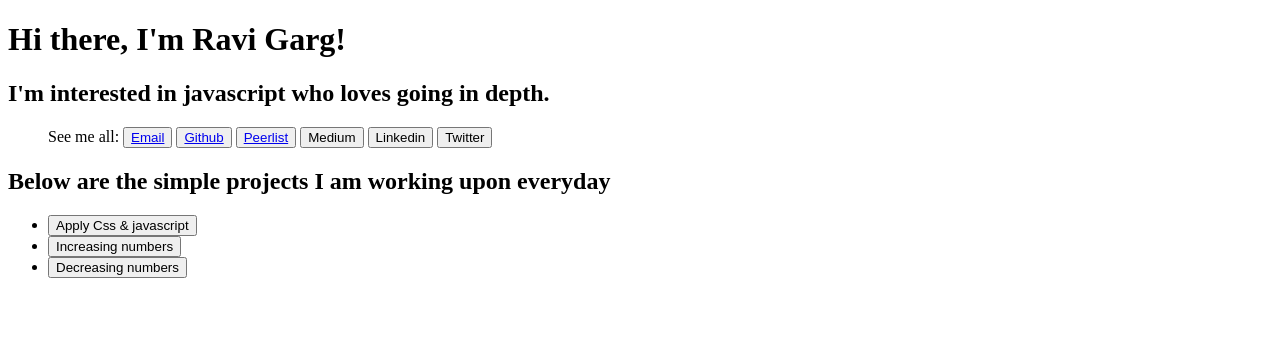
Repository: ravigarg001/musafir
Page: index.html
An editor plug-in stored every save of this project. The page is shown before and after a run of saves, followed by the edit.
The browser window is 1280 px wide. The pictures show the whole page.

Above is the page before, as saved 2022-05-02 09:29:37.

### index.html
<!DOCTYPE html>
<html>
<head>
<title>Ravi Garg</title>
<!-- <link href="index.css" rel="stylesheet" type="text/css"></link> -->
<script src="index.js"></script>
</head>

<body>
<div class="about" >
    <h1>Hi there, I'm Ravi Garg!</h1>
    <h2>I'm interested in javascript who loves going in depth.</h2>
    <!-- <p> <a id="more" href="/about">Read more about my life...</a></p> -->
</div>

<footer>
<ul>
<label>See me all: </label>
  <button><a href="mailto:ravigarg.connect@gmail.com">Email</a></button>
  <button><a href="https://github.com/ravigarg001" target="_blank">Github</a></button>
  <button><a href="https://peerlist.io/ravigarg" target="_blank">Peerlist</a></button>
  <button><a>Medium</a></button>
  <button><a>Linkedin</a></button>
  <button><a>Twitter</a></button><br>
</ul>
</footer>
<h2>Below are the simple projects I am working upon everyday</h2>
<ul class="projects">
  <li><button class="cssAdder" onclick="addCssAndJs()">Apply Css & javascript</button></li>
  <li><button onclick="inputNumber1()">Increasing numbers </button></li>
  <li><button onclick="inputNumber2()">Decreasing numbers</button></li>
</ul>
</footer>

</body>
<!-- <script src="Recursion/recursiveFactorial.js"></script> -->
<!-- <script src="Recursion/increasing_order.js"></script> -->

</html>

### index.js
function addCssAndJs(){
    let link = document.createElement('link');
    link.rel = 'stylesheet';
    link.type = 'text/css';
    link.href = 'index.css';
    document.head.appendChild(link);

    function addNewJsFile(fileLocation){
        let script = document.createElement('script');
        document.head.appendChild(script);
        script.src = fileLocation;
    }

    addNewJsFile('Recursion/decreasing_order.js');
    addNewJsFile('Recursion/increasing_order.js');
    addNewJsFile('Recursion/recursiveFactorial.js');

}
/*1. call addNewJsFile(put location of the js file here) */

After the next 3 saves:
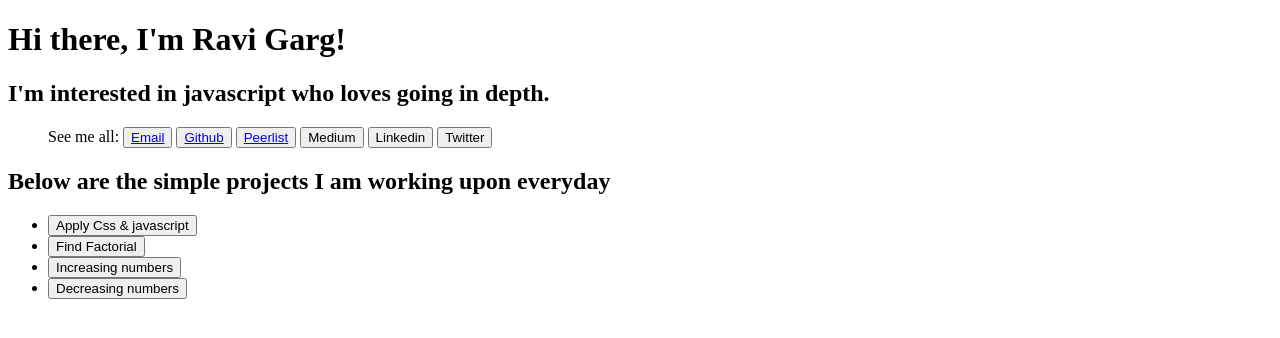
The 3 saves are shown as one change because they came seconds apart.
The last was saved 8 s later.
--- a/index.html
+++ b/index.html
@@ -27,6 +27,7 @@
 <h2>Below are the simple projects I am working upon everyday</h2>
 <ul class="projects">
   <li><button class="cssAdder" onclick="addCssAndJs()">Apply Css & javascript</button></li>
+  <li><button onclick="inputNumber()">Find Factorial</button></li>
   <li><button onclick="inputNumber1()">Increasing numbers </button></li>
   <li><button onclick="inputNumber2()">Decreasing numbers</button></li>
 </ul>
